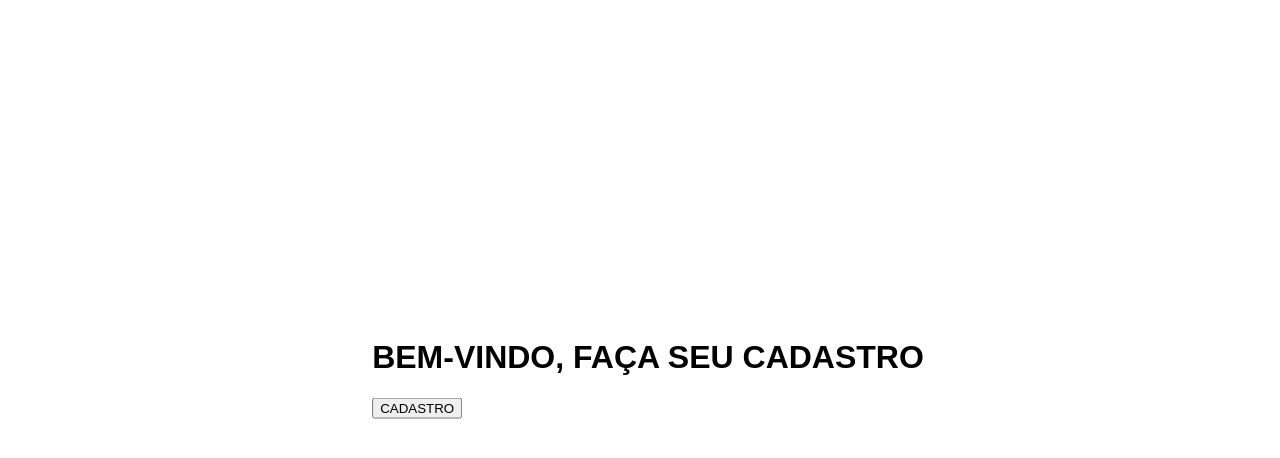
Repository: ohenriquesouza/HospitalCRUD-using-JavaEE
Page: JSP_test/src/main/webapp/index.html
An editor plug-in stored every save of this project. The page is shown before and after the next save, followed by the edit.
The browser window is 1280 px wide. The pictures show the whole page.

Above is the page before, as saved 2022-12-26 19:47:52.

After the next save:
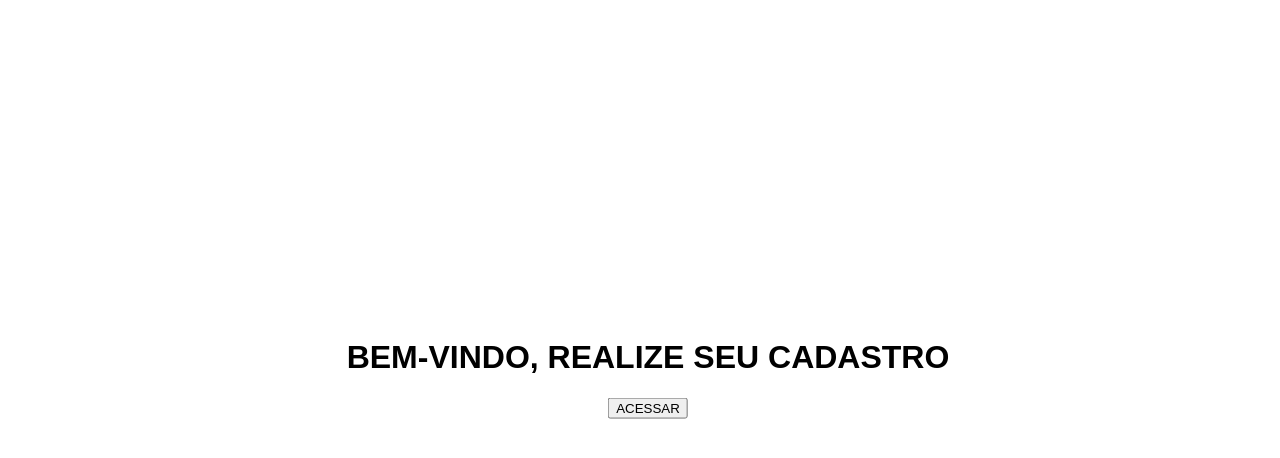
Saved 71 s later.
--- a/JSP_test/src/main/webapp/index.html
+++ b/JSP_test/src/main/webapp/index.html
@@ -17,7 +17,7 @@
     </style>
 </head>
     <body>
-      <h1>BEM-VINDO, FAÇA SEU CADASTRO</h1>
-      <a href="cadastro.html"><button>CADASTRO</button></a>
+      <h1>BEM-VINDO, REALIZE SEU CADASTRO</h1>
+      <center><a href="cadastro.html"><button>ACESSAR</button></a></center>
     </body>
 </html>
